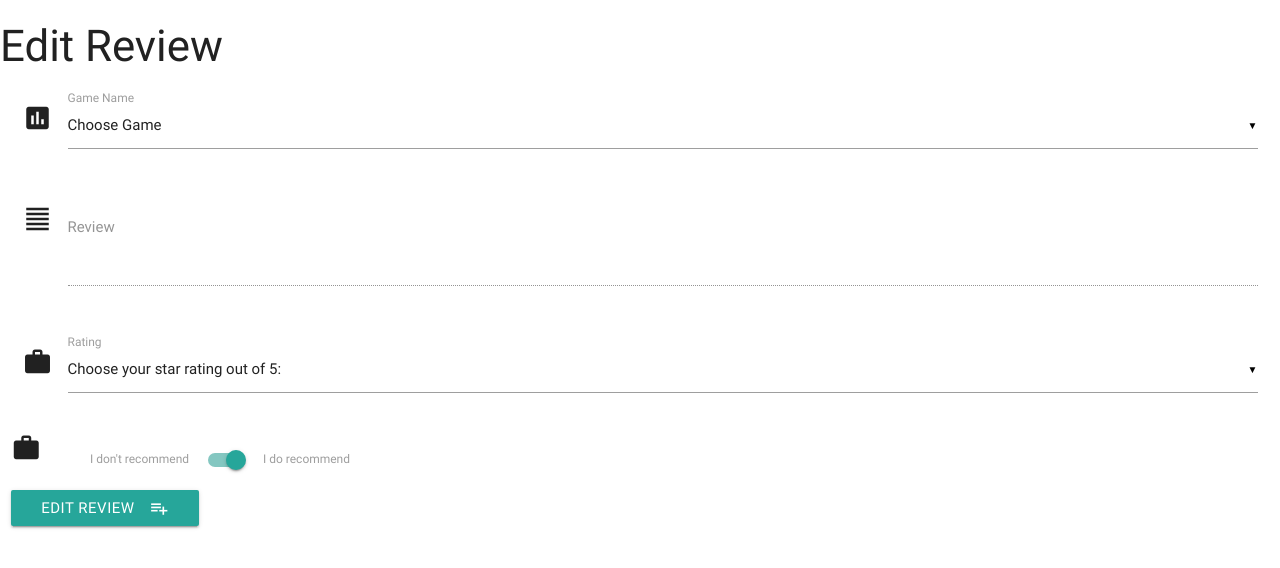
Repository: arcorco/dcd-milestone
Page: templates/editreview.html
The author's editor kept a record of every edit. The page is drawn from the files as they stood at one moment, then again after the next edit.
The browser window is 1280 px wide. The pictures show the whole page.
Some web libraries are served in a nearby version. The page is served by the project's application, run on Flask 3 (app.py). The template is opened directly, without the code that normally fills it, so the values that code supplies are empty.

Above is the page before.

After the next edit:
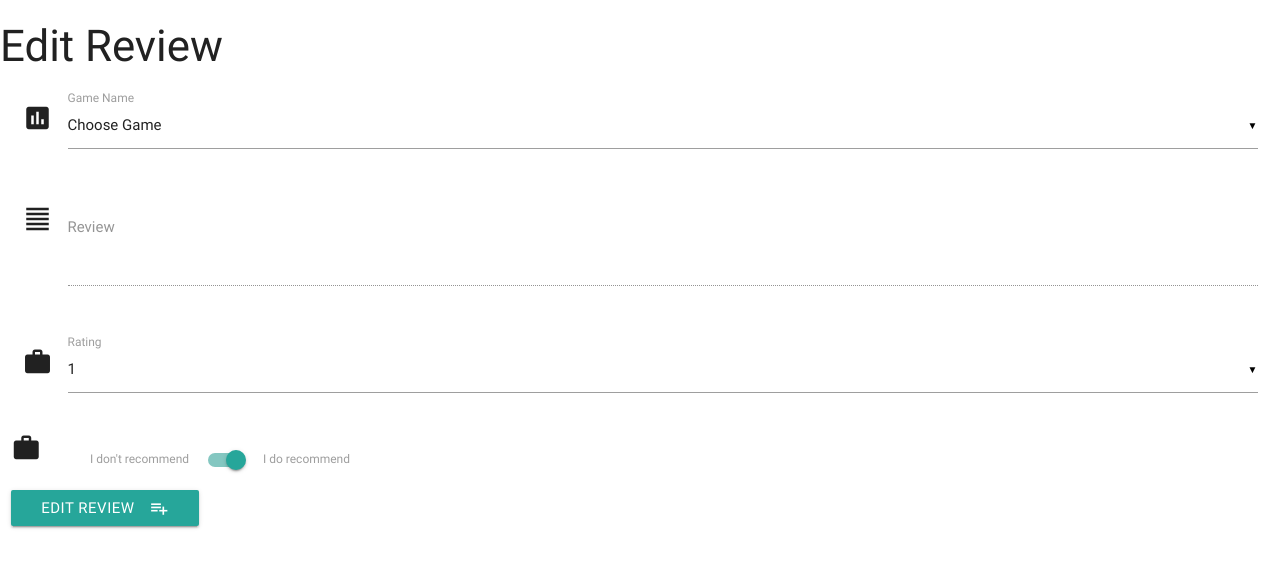
The edit:
--- a/templates/editreview.html
+++ b/templates/editreview.html
@@ -30,7 +30,7 @@
             <div class="input-field col s12">
                 <i class="material-icons prefix">work</i>
                 <select id="rating" name="rating">
-      <option value="" disabled selected>Choose your star rating out of 5:</option>
+      <option value="" disabled>Choose your star rating out of 5:</option>
       {% for i in range(1, 6) %}
       {% if i == review.rating %}
           <option value="{{ i }}" selected >{{ i }}</option>
